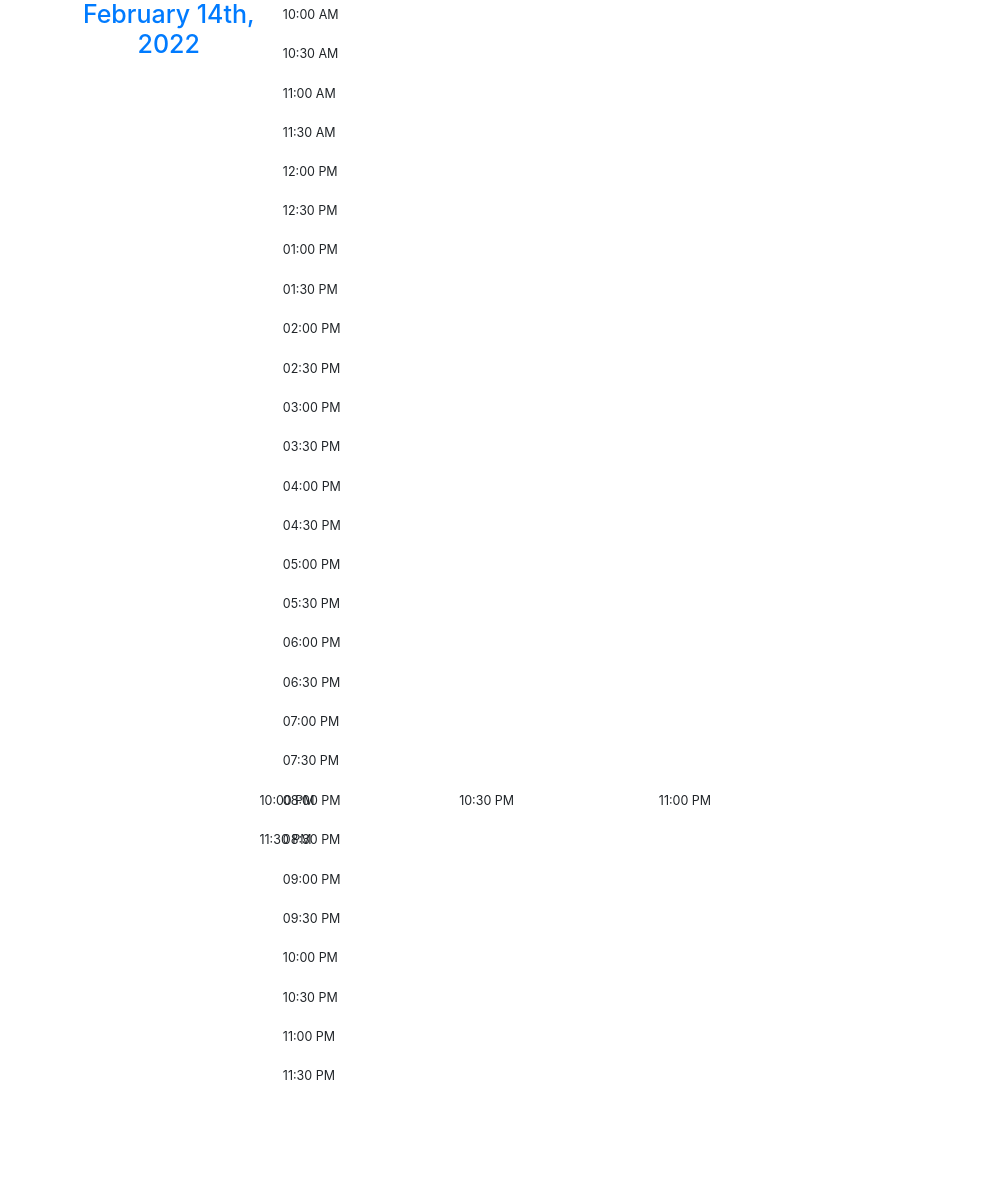
Repository: BaileyLuu/yuHacks2022
Page: public/schedule.html
The author's editor kept a copy of each file at every save. The page is drawn from the files as they stood at one save, then again after the next save.
The browser window is 1280 px wide. The pictures show the whole page, at 78% of full size.
Some web libraries are served in a nearby version.

Above is the page before, as saved 2021-11-20 12:31:44.

After the next save:
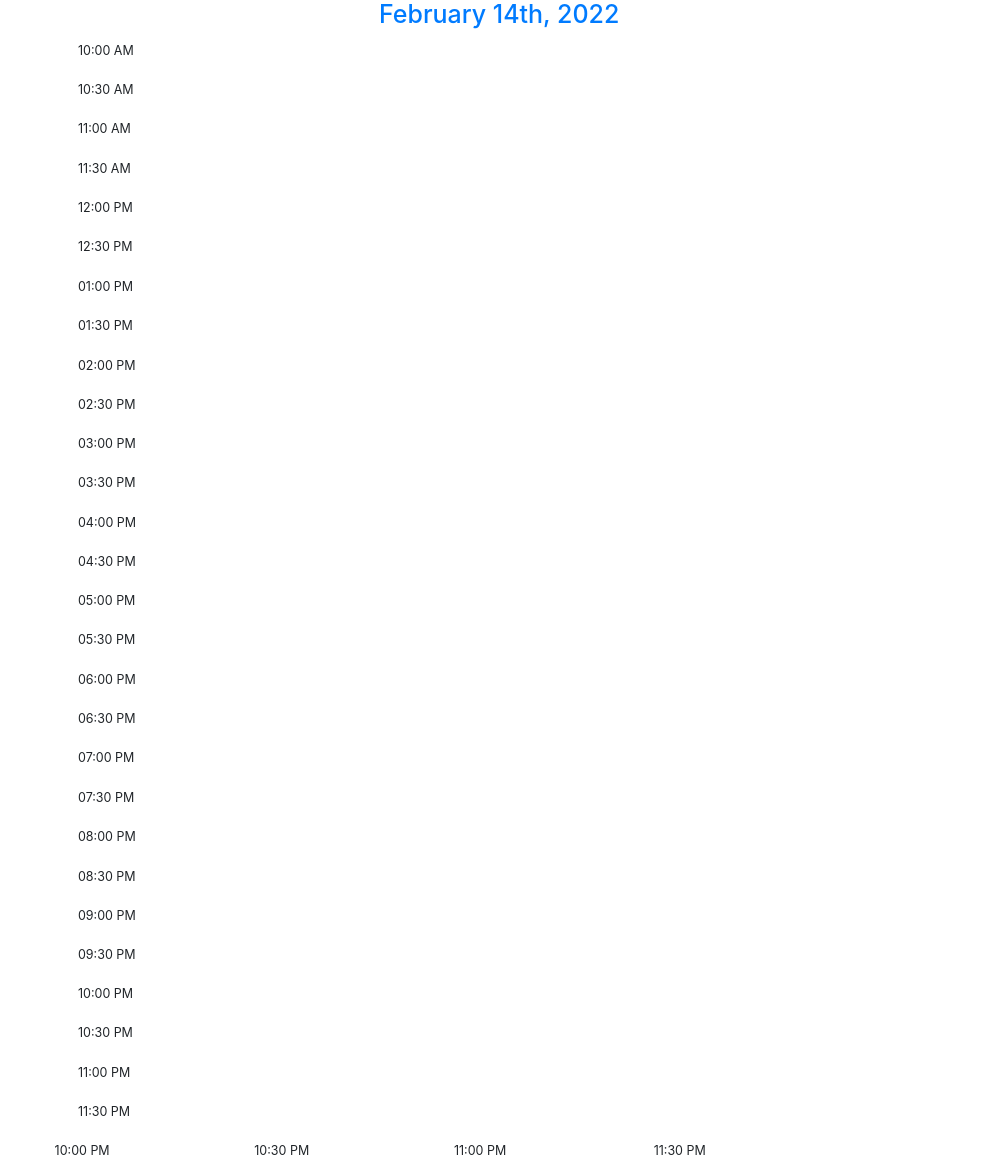
Saved 10 s later.
--- a/public/schedule.html
+++ b/public/schedule.html
@@ -40,7 +40,7 @@
 
 <body>
     <section class="">
-        <div class="container" style="flex-direction: row; display:flex">
+        <div class="container">
             <h2 class="text-primary title text-center">February 14th, 2022</h1>
 
                 <!-- <div class="row row-cols-2">
